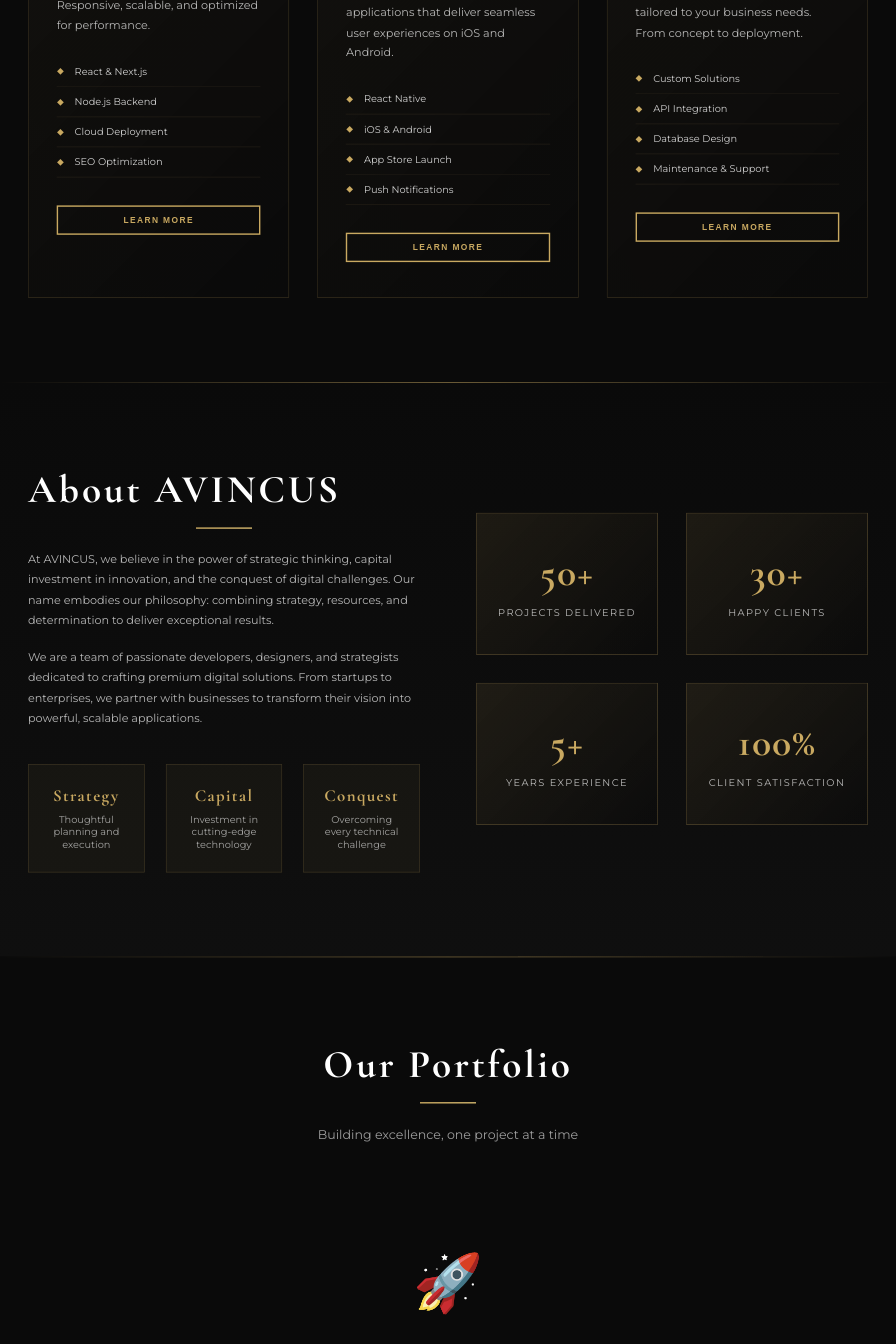
Repository: GiLLBaTesx/avincus-website
Page: /
An editor plug-in stored every save of this project. The page is shown before and after the next save, followed by the edit.
The browser window is 1280 px wide. The pictures show the part of the page from y = 1449 to 3369 px (the page is 5565 px tall), at 70% of full size.
The project was rebuilt for these pictures with package versions that can differ from the ones it lists, and the page was loaded fresh each time.

Above is the page before, as saved 2026-05-28 12:11:48.

After the next save:
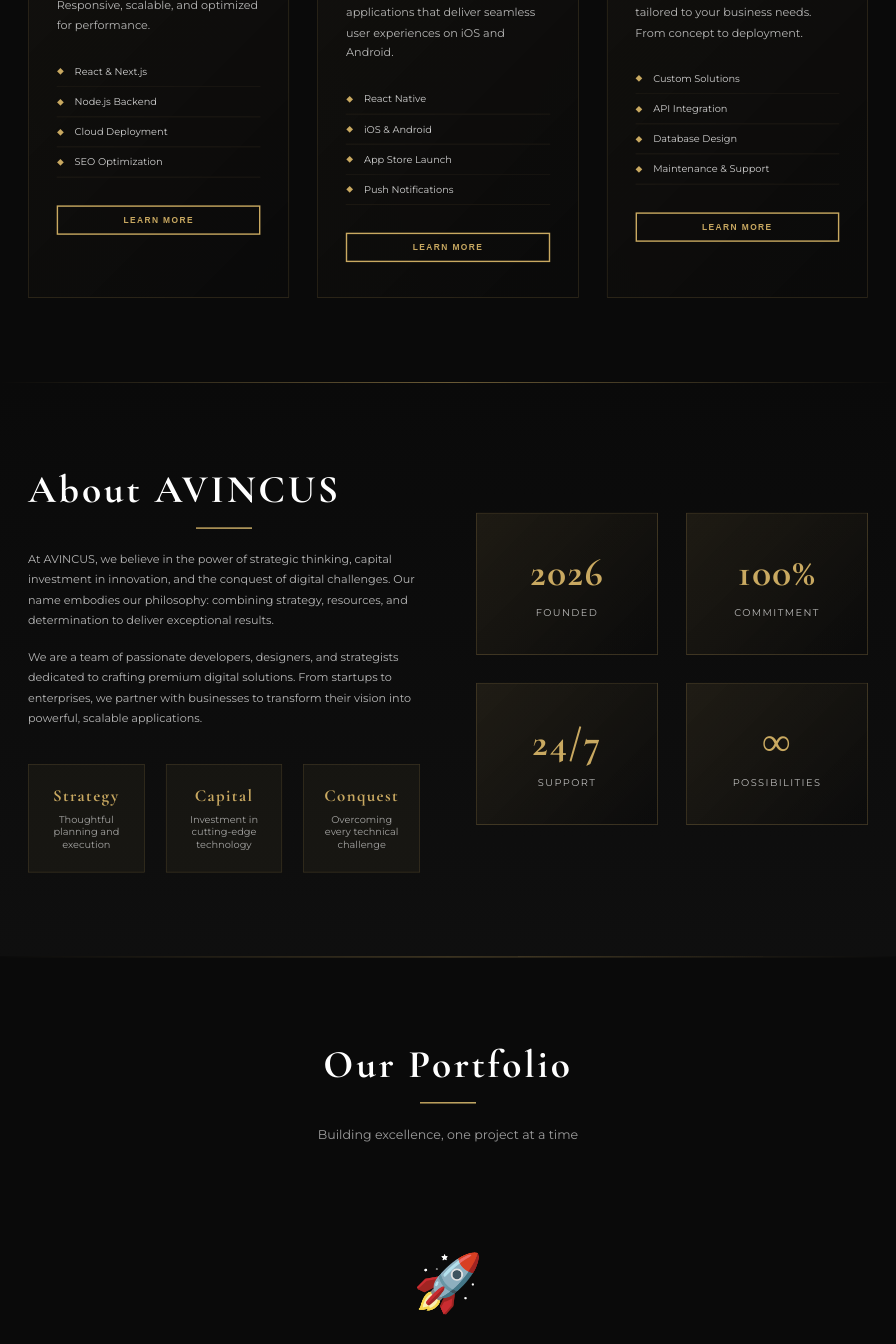
Saved 55 s later.
--- a/src/components/About.js
+++ b/src/components/About.js
@@ -27,10 +27,10 @@
   }, []);
 
   const stats = [
-    { number: '50+', label: 'Projects Delivered' },
-    { number: '30+', label: 'Happy Clients' },
-    { number: '5+', label: 'Years Experience' },
-    { number: '100%', label: 'Client Satisfaction' }
+    { number: '2026', label: 'Founded' },
+    { number: '100%', label: 'Commitment' },
+    { number: '24/7', label: 'Support' },
+    { number: '∞', label: 'Possibilities' }
   ];
 
   return (
